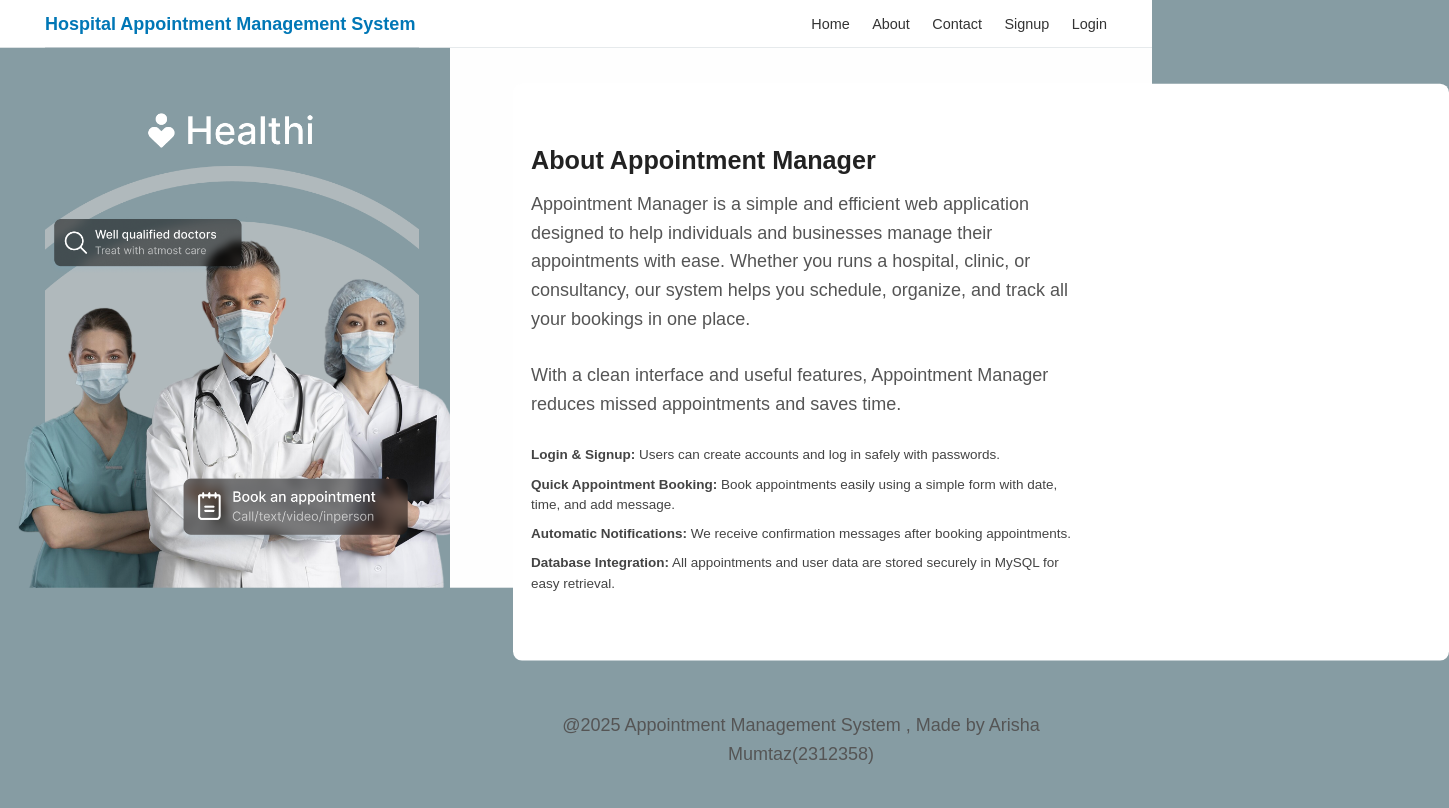
Repository: Arisha004/hospital-management-midterm-
Page: about.html
These files come from the project's save history. The page is drawn as it stood at one moment and after the next save; the edit follows.
The browser window is 1280 px wide. The page is 1610 px wide, then 1280 px, so the pictures cover 1610 px, including what lies to the right of the window. The pictures show the whole page, at 90% of full size.

Above is the page before, as saved 2025-11-08 14:11:14.

After the next save:
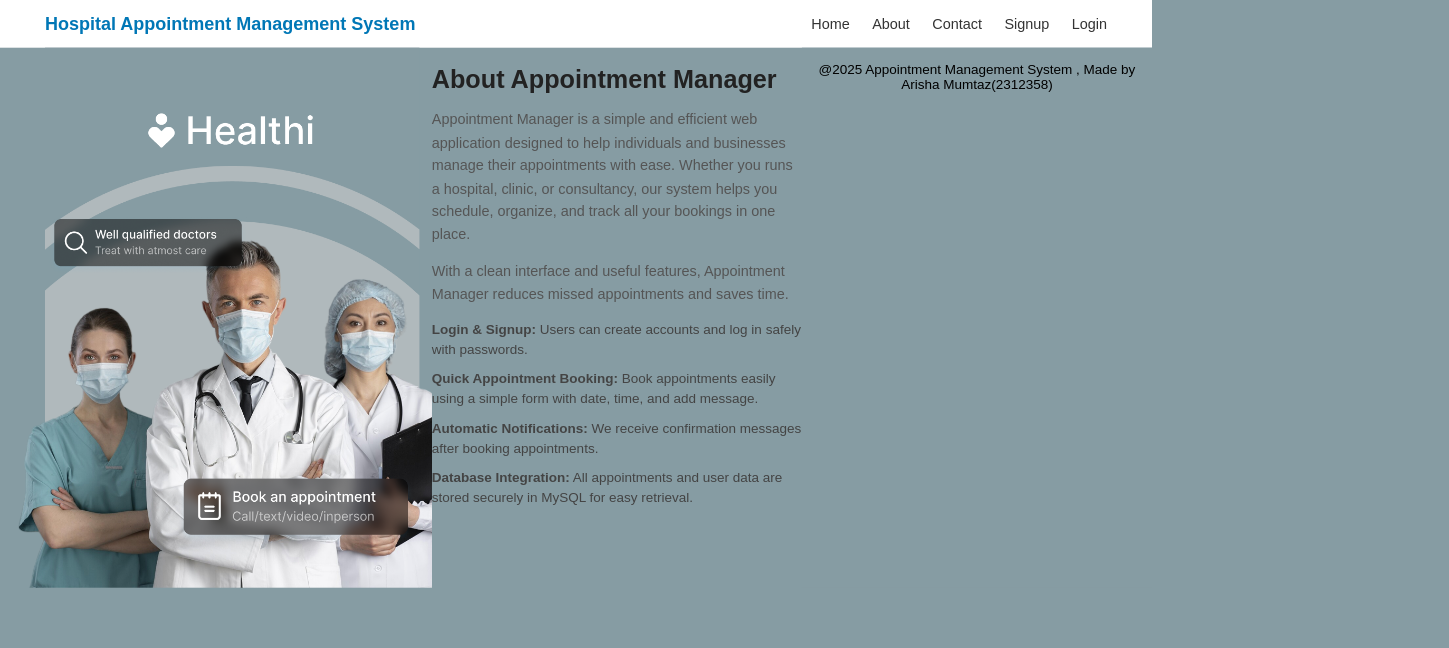
Saved 10 s later.
--- a/about.html
+++ b/about.html
@@ -19,9 +19,7 @@
   </header>
    <section class="landing">
       <div class="right"></div>
-    <div class="left">
 
-<div class="container about-inner">
 
   <div class="about-content">
     <h2>About Appointment Manager</h2>
